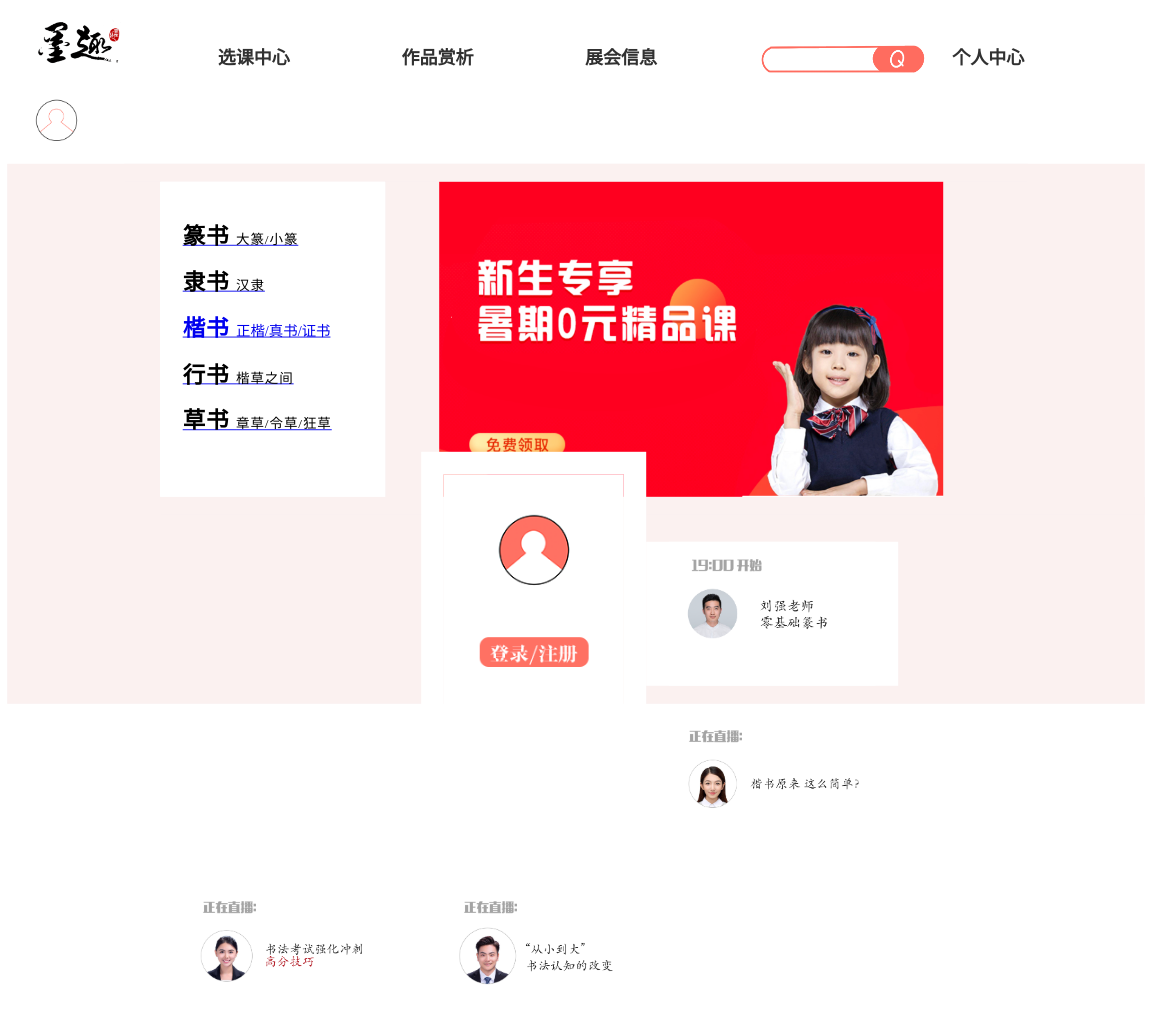
Repository: YukiXueyan/moquWebsite
Page: src/index.html
These files come from the project's save history. The page is drawn as it stood at one moment and after the next save; the edit follows.
The browser window is 1280 px wide. The pictures show the whole page, at 90% of full size.

Above is the page before, as saved 2020-07-04 16:32:18.

After the next save:
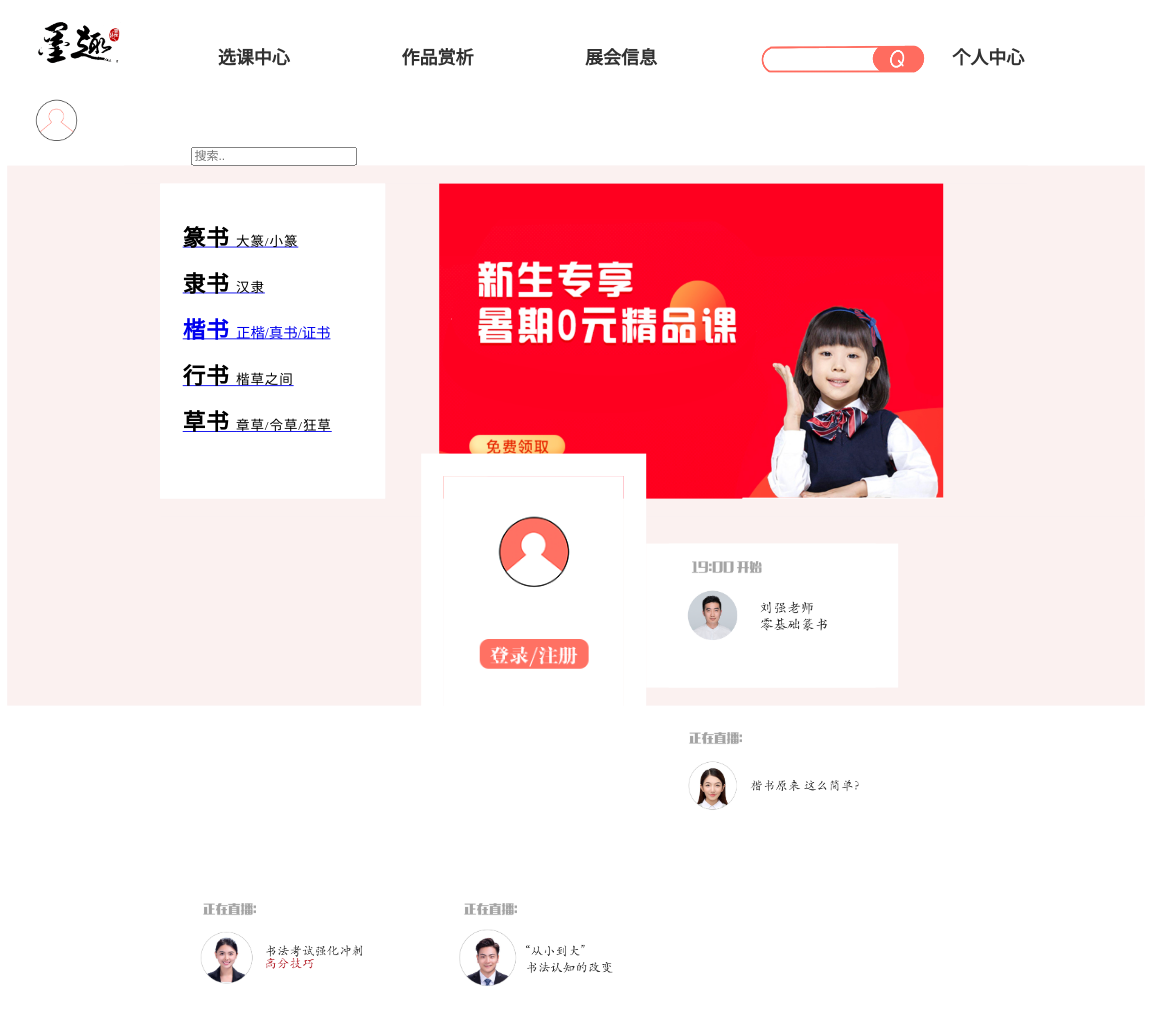
Saved 2 h 49 min later.
--- a/src/index.html
+++ b/src/index.html
@@ -98,6 +98,7 @@ img{
         <li><img src="../image/search2.png" width="230" height="60"></li>
         <li><a href="personalCenter.html">    个人中心    </a></li>
         <li><a href="login.html"><img src="../image/touxiang.png" width=50"></a></li>
+        <input type="text" placeholder="搜索..">
     </ul>
 </div>
 
